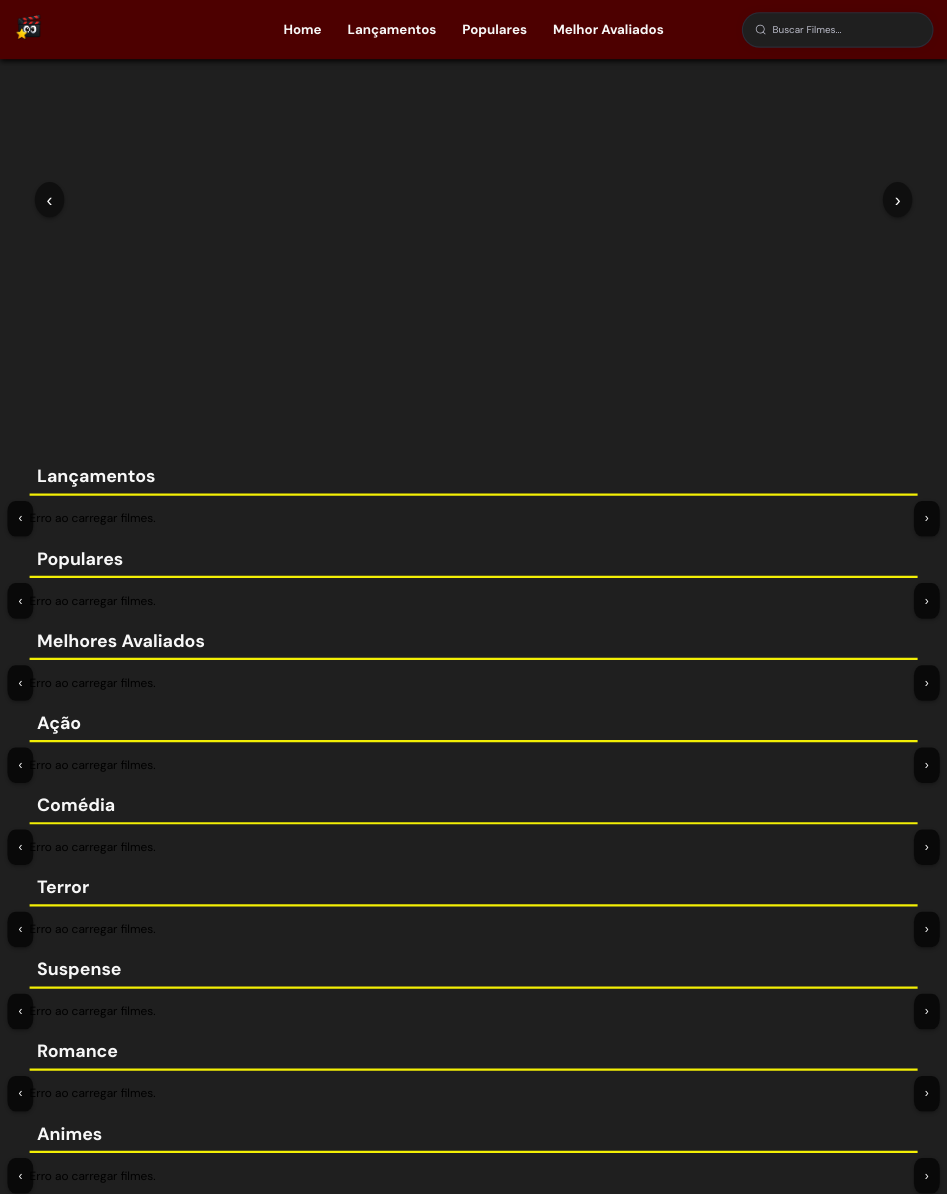
Repository: juanpablitozito/stat-viewer
Page: index.html
The author's editor kept a copy of each file at every save. The page is drawn from the files as they stood at one save, then again after a run of saves.
The browser window is 1280 px wide. The pictures show the whole page, at 74% of full size.
The page's requests for data from a server got no answer.

Above is the page before, as saved 2025-10-01 21:17:36.

After the next 2 saves:
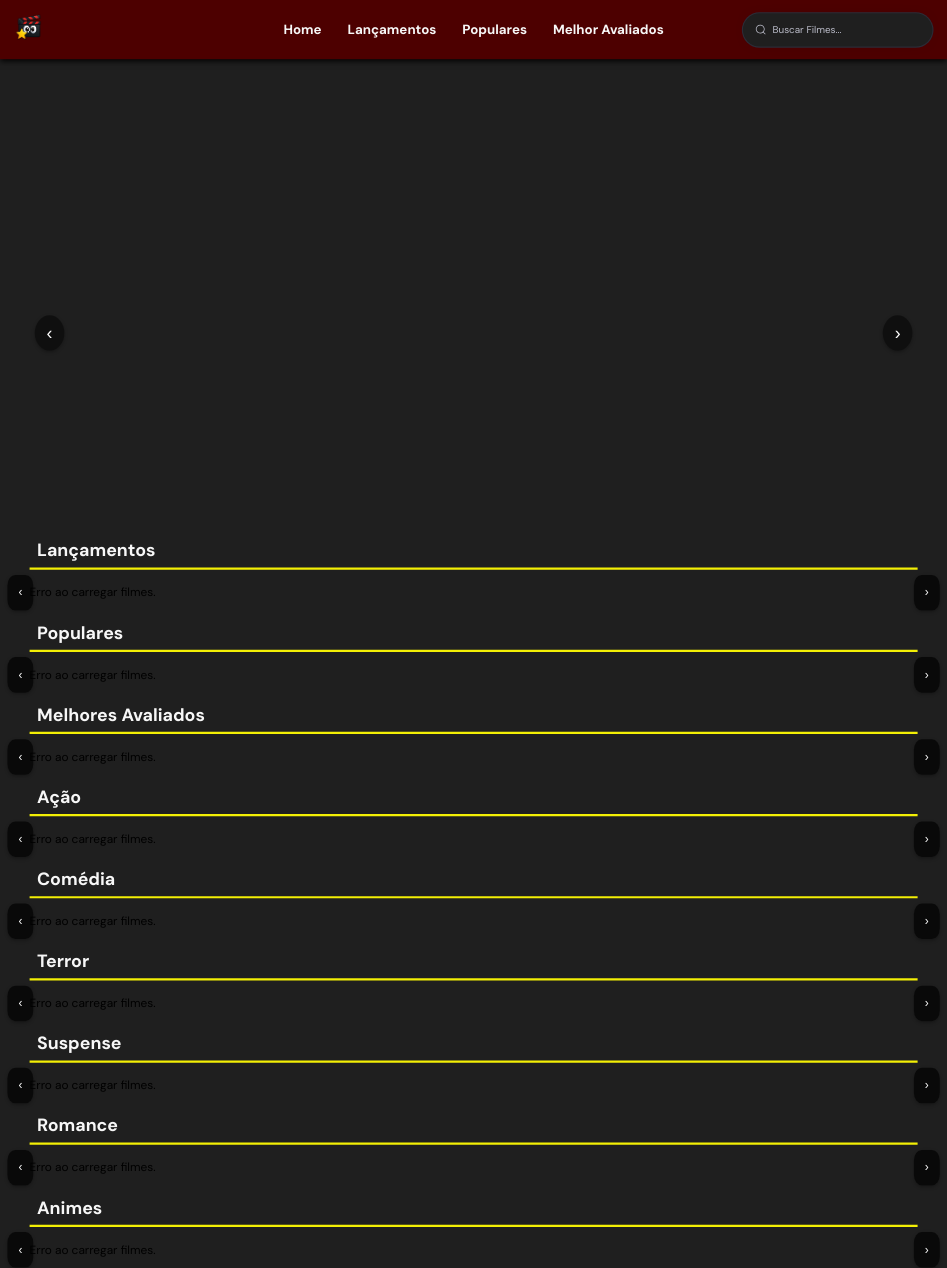
The 2 saves are shown as one change because they came seconds apart.
The last was saved 10 s later.
--- a/src/styles/style.css
+++ b/src/styles/style.css
@@ -132,7 +132,7 @@ nav img {
   position: relative;  /* Posição relativa */
   width: 95vw;  /* Largura do carrossel */
   height: 600px;  /* Altura do carrossel */
-  margin: 20px auto 100px;  /* Margem automática para centralizar */
+  margin: 200px auto 20px;  /* Margem automática para centralizar */
   overflow: hidden;  /* Oculta qualquer conteúdo fora da área visível */
   border-radius: 10px;  /* Bordas arredondadas */
   box-shadow: 0 4px 10px var(--sombra);  /* Sombra para o carrossel */
